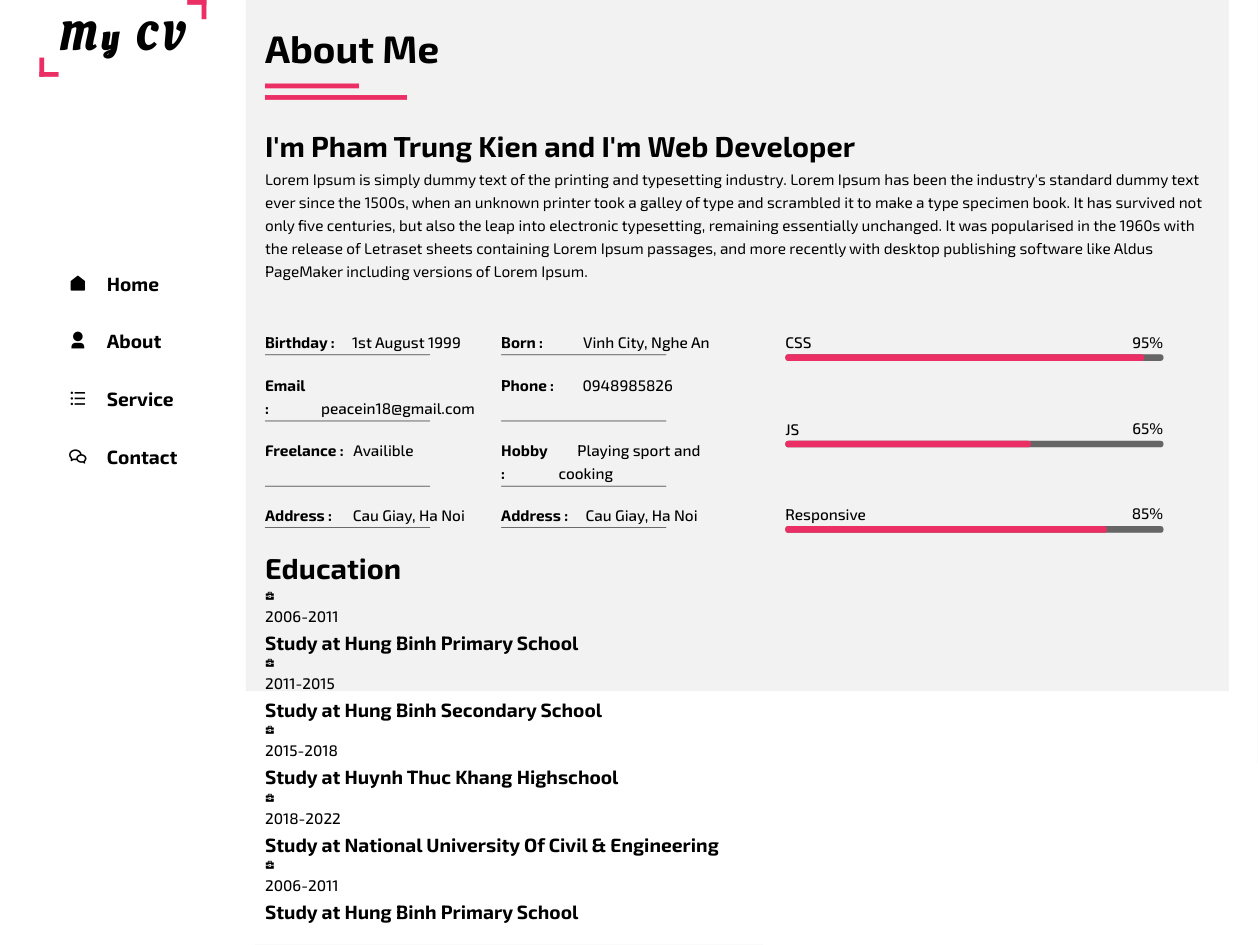
Repository: kien181999/First-Project
Page: index.html
These files come from the project's save history. The page is drawn as it stood at one moment and after the next save; the edit follows.
The browser window is 1280 px wide. The page is 1310 px wide, so the pictures cover 1310 px, including what lies to the right of the window. The pictures show the whole page, at 96% of full size.
The style sheet was rebuilt from its Sass, Less or Tailwind sources for each picture, by a compiler version that may differ from the author's.

Above is the page before, as saved 2022-06-02 16:21:36.

After the next save:
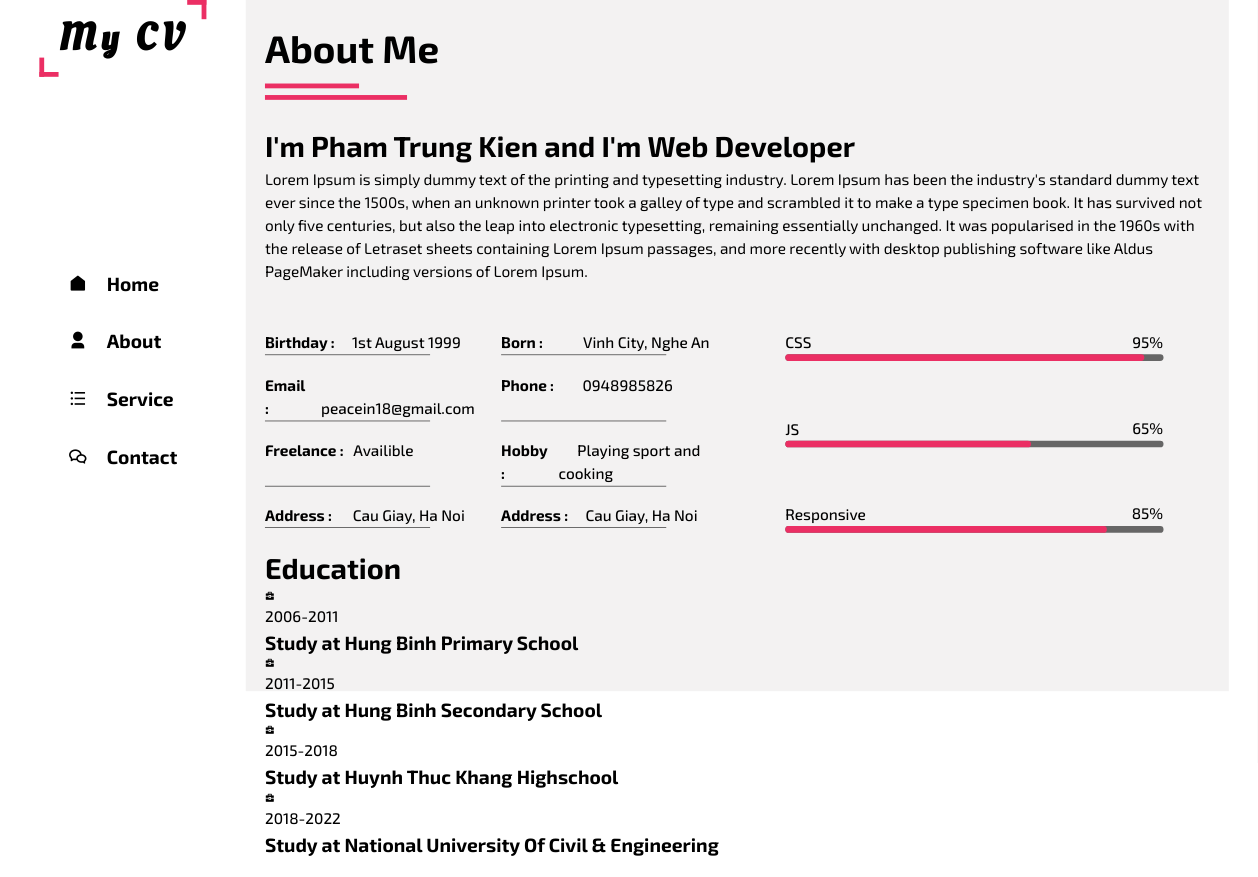
Saved 17 s later.
--- a/index.html
+++ b/index.html
@@ -193,17 +193,6 @@
                             </div>
                         </div>
                     </div>
-                    <div class="about-education__bio">
-                        <div class="about-education__infor">
-                            <div class="about-education__timeline">
-                                <i class="ri-briefcase-4-fill about-education__icon "></i>
-                                <h4 class="heading-4">2006-2011</h4>
-                            </div>
-                            <div class="about-education-name">
-                                <h3 class="heading-3">Study at Hung Binh Primary School</h3>
-                            </div>
-                        </div>
-                    </div>
                 </div>
             </section>
         </div>
